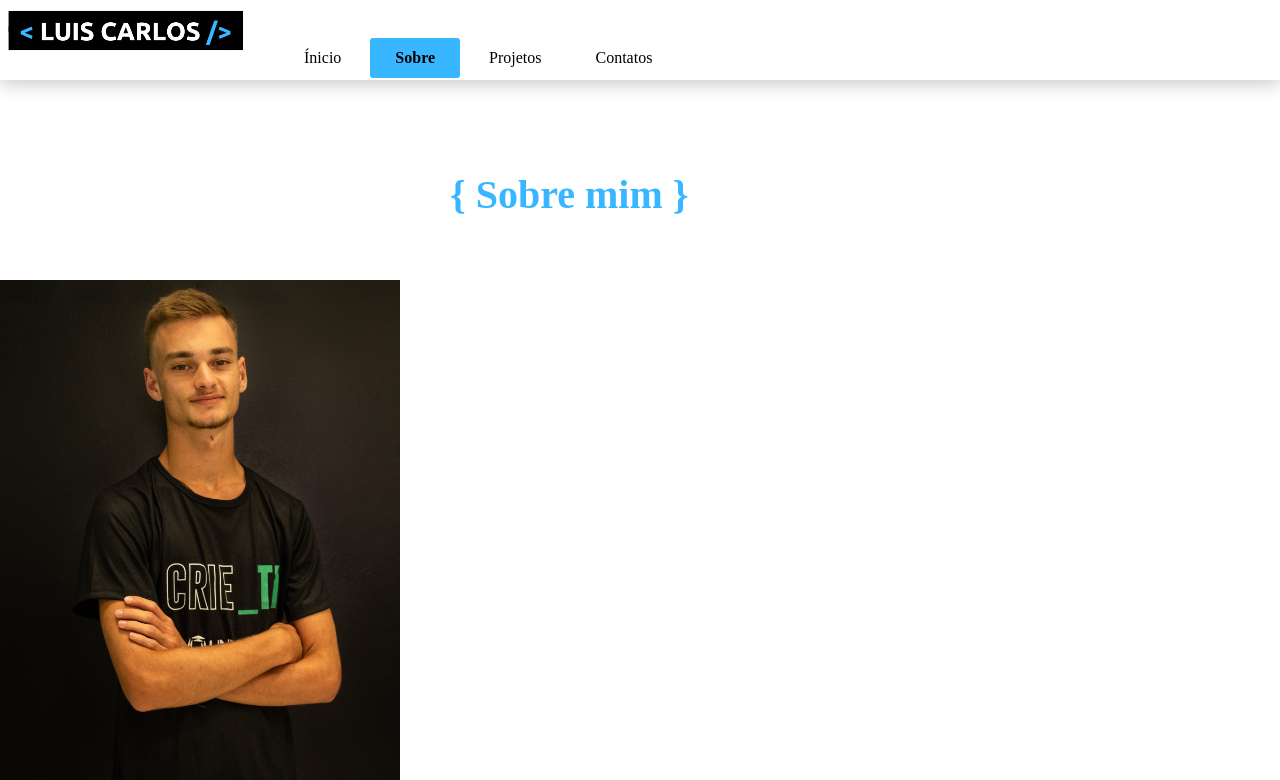
Repository: Iluiscarlos/SitePortifolio
Page: about.html
These files come from the project's save history. The page is drawn as it stood at one moment and after the next save; the edit follows.
The browser window is 1280 px wide. The pictures show the whole page.
Some web libraries are served in a nearby version.

Above is the page before, as saved 2022-05-23 22:13:56.

After the next save:
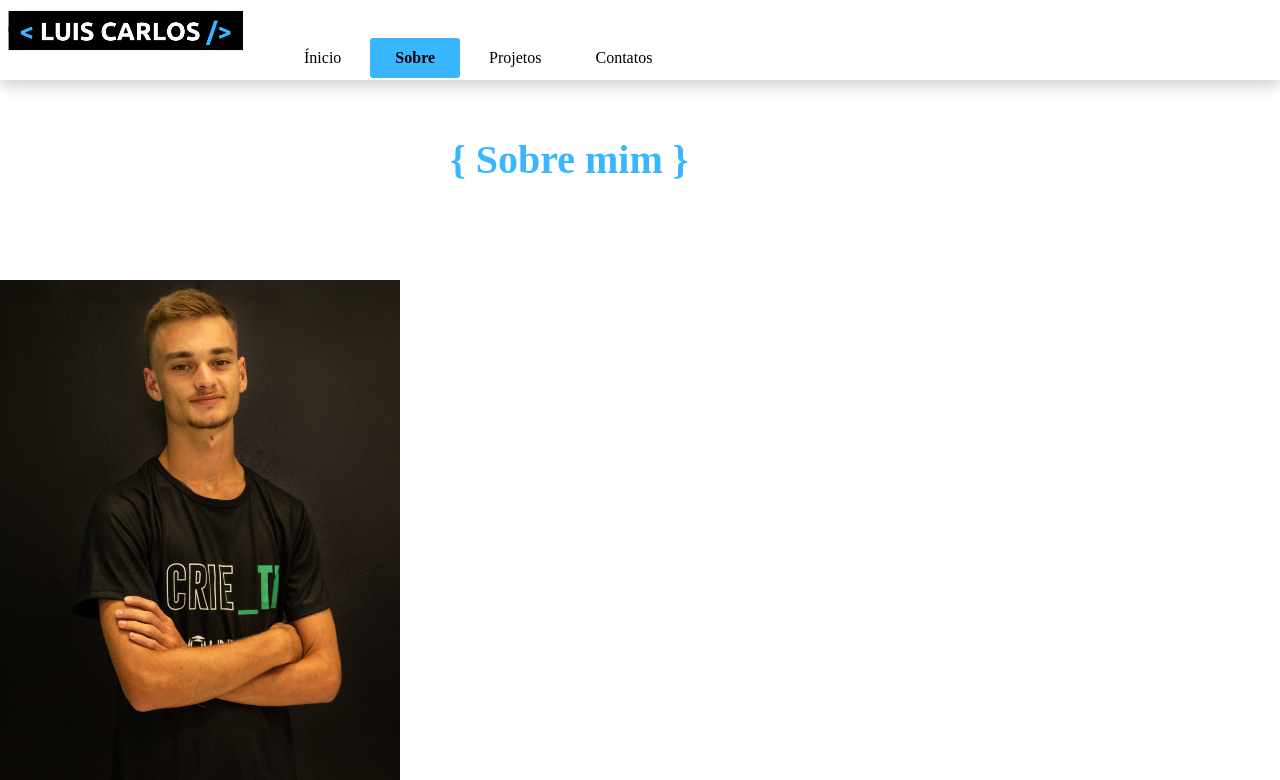
Saved 33 s later.
--- a/about.html
+++ b/about.html
@@ -30,7 +30,7 @@
     <section class="about">
         <img src="photos/About.jpg" class="about__photo">
 
-        <div class="about__content">
+        <div>
             <h1 class="about__tittle">{ Sobre mim }</h1>
             <br>
             <p class="about__content">
